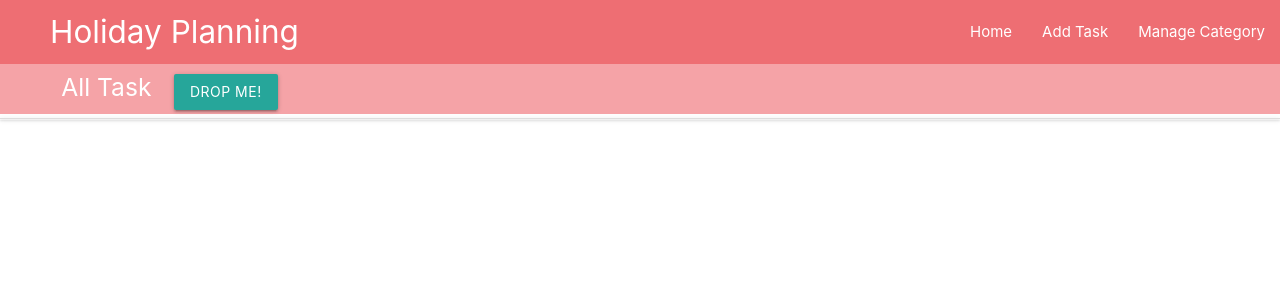
Repository: Code-Institute-Submissions/Project3-Holiday_Planning
Page: http://localhost/
The author's editor kept a record of every edit. The page is drawn from the files as they stood at one moment, then again after the next edit.
The browser window is 1280 px wide. The pictures show the whole page.
Some web libraries are served in a nearby version. The page is served by the project's application, run on Flask 3 (app.py). Queries for data that is not in the repository find no rows.

Above is the page before.

### templates/tasks.html
{% extends 'layout.html' %} {% block content %}


<div class="allTask">
  <div class='row all_task_navi'>
      <div class='col'>
        <h5>All Task</h5>
      </div>
      <div class='col'>
           <!-- Dropdown Trigger -->
      <a class='dropdown-trigger btn' href='#' data-target='dropdown1'>Drop Me!</a>

    <!-- Dropdown Structure -->
    <ul id='dropdown1' class='dropdown-content'>
      <li><a href="#!">one</a></li>
      <li><a href="#!">two</a></li>
      <li class="divider" tabindex="-1"></li>
      <li><a href="#!">three</a></li>
      <li><a href="#!"><i class="material-icons">view_module</i>four</a></li>
      <li><a href="#!"><i class="material-icons">cloud</i>five</a></li>
    </ul>
      </div>

  </div>




<div class="row">

<!--put the collapsible initialization in layout.html    -->
  <ul class="collapsible">
    {% for task in tasks %}
    <li>

      <div class="collapsible-header">
          <div class="task_header col s3">
              <i class="material-icons">expand_more</i>
              <a href="{{url_for('delete_task', task_id=task._id)}}" class="waves-effect waves-light btn btn-small">Done</a>
              <a href="{{url_for('edit_task', task_id=task._id)}}" class="waves-effect waves-light btn btn-small">Edit</a>
          </div>

          <div class="task_header col s9">
              <strong>Category : {{task.category_name}}</strong>
              <br><strong>{{task.task_name}}</strong> - {{task.due_date}}
          </div>
      </div>


      <div class="collapsible-body">
        <span>{{task.task_description}}</span><br><span>{{task.website}}</span><br><span>Person in charge - {{task.person_in_charge}}</span>
      </div>

    </li>
    {% endfor %}
  </ul>
</div>
</div>

{% endblock %}

### templates/layout.html
<!DOCTYPE html>
<html>

<head>
        <link href="https://fonts.googleapis.com/icon?family=Material+Icons" rel="stylesheet">
        <link rel="stylesheet" href="https://cdnjs.cloudflare.com/ajax/libs/materialize/1.0.0/css/materialize.min.css">
        <link rel="stylesheet" href="{{url_for('static', filename='css/style.css')}}" type="text/css"/>
</head>


<body>
    <header>
        <nav>
            <div class="nav-wrapper">
                <a href="{{url_for('get_tasks')}}" class="brand-logo">Holiday Planning</a>
                <a href="#" data-activates="mobile-demo" class="sidenav-trigger"><i class="material-icons">menu</i></a>

                <ul id="nav-mobile" class="right hide-on-med-and-down">
                    <li><a href="{{url_for('get_tasks')}}">Home</a></li>
                    <li><a href="{{url_for('add_task')}}">Add Task</a></li>
                    <li><a href="{{url_for('get_category')}}">Manage Category</a></li>
                </ul>

                <!--extended hamburger navbar added for mobile-->
                <ul class="sidenav" id="mobile-demo">

                    <li><a href="{{url_for('get_tasks')}}">Home</a></li>
                    <li><a href="{{url_for('add_task')}}">Add Task</a></li>
                    <li><a href="{{url_for('get_category')}}">Manage Category</a></li>
                </ul>
            </div>
        </nav>
    </header>

    <div>
        {% block content %} {% endblock %}
    </div>


    <!--<script src="https://cdnjs.cloudflare.com/ajax/libs/jquery/3.4.1/jquery.min.js"></script>-->
   <script <script type="text/javascript" src="https://code.jquery.com/jquery-2.1.1.min.js"></script>
    <script src="https://cdnjs.cloudflare.com/ajax/libs/materialize/1.0.0/js/materialize.min.js"></script>

    <!--to perform the collapsible, datepicker and select option function-->
    <script type="text/javascript">
        $(document).ready(function(){
            $('.collapsible').collapsible();
            $('.datepicker').datepicker({
                format:'dd/mm/yyyy'
            });
            $('select').formSelect();
            $('.sidenav').sidenav();

        });

        // $('.datepicker').pickadate({
        //     selectMonths: true, // Creates a dropdown to control month
        //     selectYears: 15, // Creates a dropdown of 15 years to control year,
        //     today: 'Today',
        //     clear: 'Clear',
        //     close: 'Ok',
        //     closeOnSelect: false // Close upon selecting a date,
        // });

        </script>


        {%block extra_js%}{%endblock%}
</body>

</html>

### app.py
import os
from flask import Flask, render_template, redirect, request, url_for
from flask_pymongo import PyMongo
from bson.objectid import ObjectId


app = Flask(__name__)
app.config["MONGO_DBNAME"] = 'holiday_planning'
app.config["MONGO_URI"] = 'mongodb+srv://root:es1234@cluster0-dio8w.mongodb.net/holiday_planning?retryWrites=true&w=majority'
mongo = PyMongo(app)


# Function to display landing page
@app.route('/')
def index():
    return render_template("tasks.html", tasks=mongo.db.tasks.find())


# T1 - Fetch data in mongodb pass it back to tasks.html
@app.route('/get_tasks')
def get_tasks():
    tasks=mongo.db.tasks.find()
    print(tasks)
    return render_template("tasks.html",
                           tasks=tasks)



# T2 & T3 - After add_task, must follow by insert_task
@app.route('/add_task')
def add_task():
    return render_template('addTask.html',
                            category=mongo.db.category.find())


@app.route('/insert_task', methods=['POST'])
def insert_task():
    tasks = mongo.db.tasks
    tasks.insert_one(request.form.to_dict())
    return redirect(url_for('get_tasks'))



# T4 & T5 - After edit_task, must follow by update_task
@app.route('/edit_task/<task_id>')
def edit_task(task_id):
    the_task =  mongo.db.tasks.find_one({"_id": ObjectId(task_id)})
    all_category =  mongo.db.category.find()
    return render_template('editTask.html', task=the_task,
                           category=all_category)


@app.route('/update_task/<task_id>', methods=["POST"])
def update_task(task_id):
    tasks = mongo.db.tasks
    tasks.update( {'_id': ObjectId(task_id)},
    {
        'category_name':request.form.get('category_name'),
        'task_name':request.form.get('task_name'),
        'task_description': request.form.get('task_description'),
        'person_in-charge': request.form.get('person_in-charge'),
        'website': request.form.get('website'),
        'due_date': request.form.get('due_date'),
        'is_urgent':request.form.get('is_urgent')
    })
    return redirect(url_for('get_tasks'))


# T6 - Delete task from the get_tasks page
@app.route('/delete_task/<task_id>')
def delete_task(task_id):
    mongo.db.tasks.remove({'_id': ObjectId(task_id)})
    return redirect(url_for('get_tasks'))



# CATEGORY

# C1 - Function to fetch all our data in mongodb pass it back to category.html
@app.route('/get_category')
def get_category():
    return render_template("category.html",
                            category=mongo.db.category.find())



# C2 & C3 - After add_category, must follow by insert_category
@app.route('/add_category')
def add_category():
    return render_template('addCategory.html')


@app.route('/insert_category', methods=['POST'])
def insert_category():
    category_doc = {'category_name': request.form.get('category_name')}
    mongo.db.category.insert_one(category_doc)
    return redirect(url_for('get_category'))



# C4 & C5 - After edit_category, must follow by update_category
@app.route('/edit_category/<category_id>')
def edit_category(category_id):
    return render_template('editCategory.html',
    category=mongo.db.category.find_one({'_id': ObjectId(category_id)}))


@app.route('/update_category/<category_id>', methods=['POST'])
def update_category(category_id):
    mongo.db.category.update(
        {'_id': ObjectId(category_id)},
        {'category_name': request.form.get('category_name')})
    return redirect(url_for('get_category'))



# C6 - Delete category from the Manage Category page
@app.route('/delete_category/<category_id>')
def delete_category(category_id):
    mongo.db.category.remove({'_id': ObjectId(category_id)})
    return redirect(url_for('get_category'))



# Boiler plate - must include at the end of app.py
if __name__ == '__main__':
    app.run(host=os.environ.get('IP'),
            port=int(os.environ.get('PORT')),
            debug=True)

### static/css/style.css
/*tasks.html*/

.all_task_navi{
    margin-bottom: 0px;
}





.btn_small {
    height: 24px;
    width: 60px;
    line-height: 24px;
    margin: 5px 100px;
    padding: 0px 100px;
}


/*Add Task Page*/
.submit_btn{
    margin-left: 200px;
}




.divider{
    width:10px;
    border:none;

}


.task_name{
   padding: 50px 0px 0px 0px;
}


.nav-wrapper,
h5{
    margin: 0px;
    padding:0px 0px 0px 50px;
    color: white;
}




.allTask,
.addTask{
    /*color: white;*/
    height:50px;
    background-color: #f5a3a7;
    vertical-align: baseline;
    padding-top: 10px;
    margin-bottom: 0px;
    padding-bottom: 0px;
}

After the next edit:
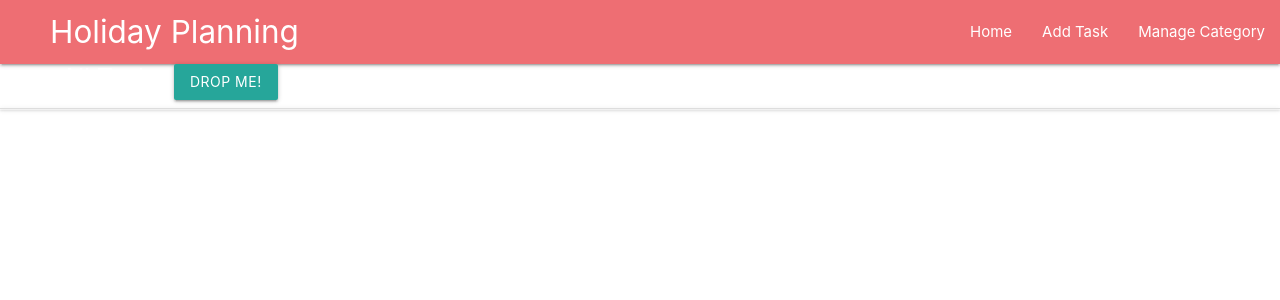
The edit:
--- a/static/css/style.css
+++ b/static/css/style.css
@@ -43,17 +43,3 @@
     padding:0px 0px 0px 50px;
     color: white;
 }
-
-
-
-
-.allTask,
-.addTask{
-    /*color: white;*/
-    height:50px;
-    background-color: #f5a3a7;
-    vertical-align: baseline;
-    padding-top: 10px;
-    margin-bottom: 0px;
-    padding-bottom: 0px;
-}
